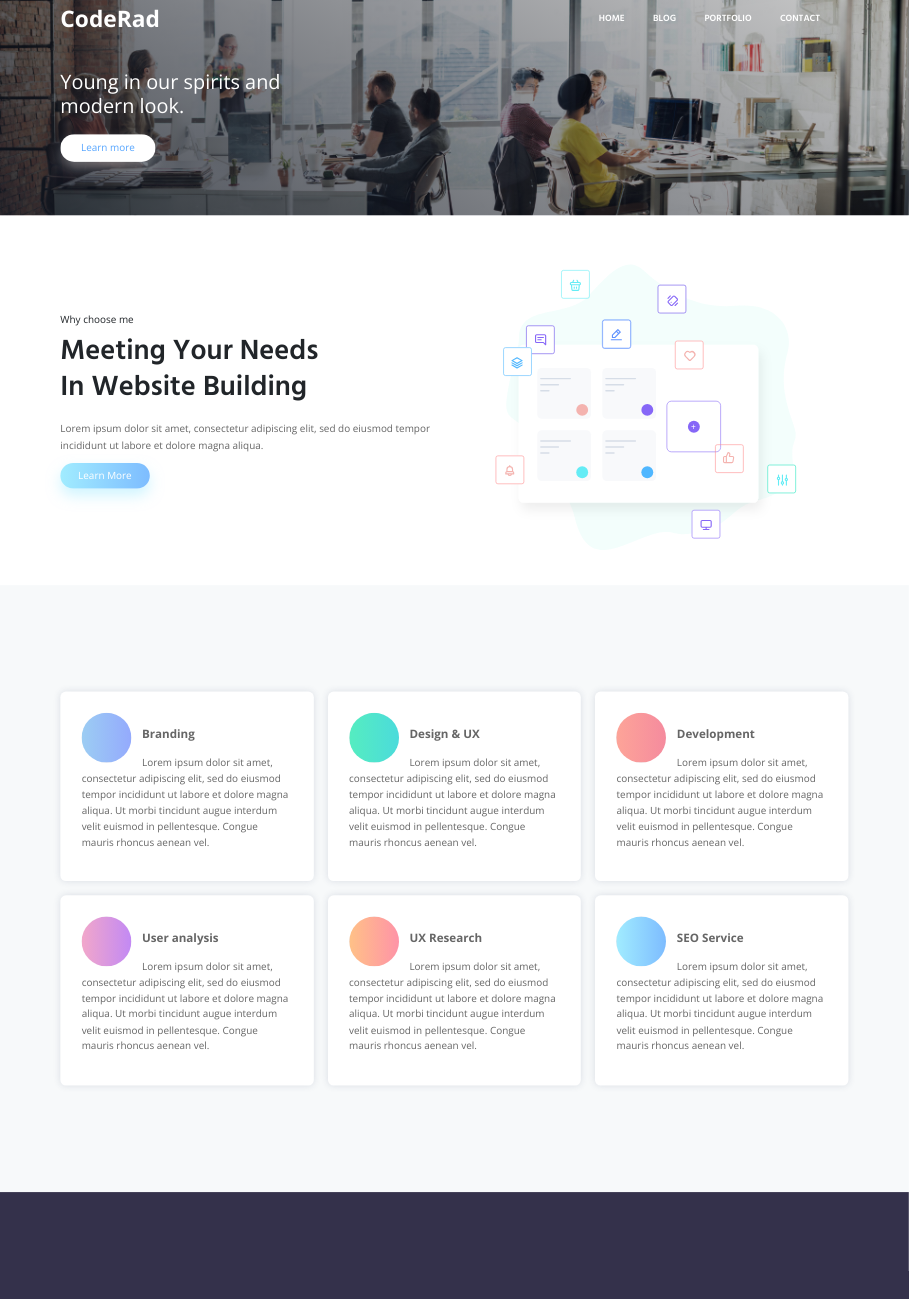
Repository: Sc-Juju/CodeRad
Page: index.html
An editor plug-in stored every save of this project. The page is shown before and after the next save, followed by the edit.
The browser window is 1280 px wide. The pictures show the whole page, at 71% of full size.

Above is the page before, as saved 2022-11-10 14:25:40.

### index.html
<!DOCTYPE html>
<html>
	<head>
		<meta charset="utf-8" />
		<meta http-equiv="X-UA-Compatible" content="IE=edge" />
		<title>CodeRad</title>
		<meta name="description" content="" />
		<meta name="viewport" content="width=device-width, initial-scale=1" />

		<link
			href="https://fonts.googleapis.com/css2?family=Open+Sans:wght@300;400;600;700&display=swap"
			rel="stylesheet"
		/>
		<link
			href="https://fonts.googleapis.com/css2?family=Hind:wght@300;400;500;600;700&display=swap"
			rel="stylesheet"
		/>

		<link rel="stylesheet" href="./css/default.css" />
		<link rel="stylesheet" href="./css/styles.css" />
		<link rel="stylesheet" href="./css/responsive.css" />
	</head>
	<body>
		<nav class="navbar nav">
			<div class="container">
				<button
					class="navbar-toggler"
					aria-expanded="false"
					aria-controls="navbarDropdown"
				>
					<span>&#9776;</span>
				</button>
				<a class="navbar-brand" href="index.html">CodeRad</a>
				<ul class="navbar-nav">
					<li class="nav-link">
						<a href="#">Home</a>
					</li>

					<li class="nav-link">
						<a href="#">Blog</a>
					</li>
					<li class="nav-link">
						<a href="#">Portfolio</a>
					</li>
					<li class="nav-link">
						<a href="#">Contact</a>
					</li>
				</ul>
			</div>
		</nav>

		<header class="bg-header">
			<div class="container">
				<div class="hero-wrapper">
					<h2 class="hero-header">
						Young in our spirits and <br />
						modern look.
					</h2>
					<a class="btn btn-white" href="#">Learn more</a>
				</div>
			</div>
		</header>
		<!--Why me-->
		<section>
			<div class="container why-me-wrapper">
				<div class="block-text">
					<span>Why choose me</span>
					<h2>
						Meeting Your Needs <br />
						In Website Building
					</h2>
					<p>
						Lorem ipsum dolor sit amet, consectetur adipiscing elit,
						sed do eiusmod tempor incididunt ut labore et dolore
						magna aliqua.
					</p>
					<a href="" class="btn btn-primary">Learn More</a>
				</div>
				<div>
					<img src="./CodeRad-assets/image2.svg" alt="Icon Chart" />
				</div>
			</div>
		</section>
		<!--Services-->
		<section class="bg-contrast">
			<div class="container service-grid">
				<div class="service-card">
					<span class="bg-color-1"></span>
					<div>
						<h3>Branding</h3>
						<p>
							Lorem ipsum dolor sit amet, consectetur adipiscing
							elit, sed do eiusmod tempor incididunt ut labore et
							dolore magna aliqua. Ut morbi tincidunt augue
							interdum velit euismod in pellentesque. Congue
							mauris rhoncus aenean vel.
						</p>
					</div>
				</div>
				<div class="service-card">
					<span class="bg-color-2"></span>
					<div>
						<h3>Design & UX</h3>
						<p>
							Lorem ipsum dolor sit amet, consectetur adipiscing
							elit, sed do eiusmod tempor incididunt ut labore et
							dolore magna aliqua. Ut morbi tincidunt augue
							interdum velit euismod in pellentesque. Congue
							mauris rhoncus aenean vel.
						</p>
					</div>
				</div>
				<div class="service-card">
					<span class="bg-color-3"></span>
					<div>
						<h3>Development</h3>
						<p>
							Lorem ipsum dolor sit amet, consectetur adipiscing
							elit, sed do eiusmod tempor incididunt ut labore et
							dolore magna aliqua. Ut morbi tincidunt augue
							interdum velit euismod in pellentesque. Congue
							mauris rhoncus aenean vel.
						</p>
					</div>
				</div>
				<div class="service-card">
					<span class="bg-color-4"></span>
					<div>
						<h3>User analysis</h3>
						<p>
							Lorem ipsum dolor sit amet, consectetur adipiscing
							elit, sed do eiusmod tempor incididunt ut labore et
							dolore magna aliqua. Ut morbi tincidunt augue
							interdum velit euismod in pellentesque. Congue
							mauris rhoncus aenean vel.
						</p>
					</div>
				</div>
				<div class="service-card">
					<span class="bg-color-5"></span>
					<div>
						<h3>UX Research</h3>
						<p>
							Lorem ipsum dolor sit amet, consectetur adipiscing
							elit, sed do eiusmod tempor incididunt ut labore et
							dolore magna aliqua. Ut morbi tincidunt augue
							interdum velit euismod in pellentesque. Congue
							mauris rhoncus aenean vel.
						</p>
					</div>
				</div>
				<div class="service-card">
					<span class="bg-color-6"></span>
					<div>
						<h3>SEO Service</h3>
						<p>
							Lorem ipsum dolor sit amet, consectetur adipiscing
							elit, sed do eiusmod tempor incididunt ut labore et
							dolore magna aliqua. Ut morbi tincidunt augue
							interdum velit euismod in pellentesque. Congue
							mauris rhoncus aenean vel.
						</p>
					</div>
				</div>
			</div>
		</section>

		<!--Video Demo-->
		<section class="video-demo"></section>
	</body>
</html>

### css/default.css
:root{
    --white:#fff;
    --black: #000;
    --font-color-base:#666;
    --font-color-dark:#212529;
    --font-color-light:#b0aebe;
    --font-color-link:#57a6ff;
    --footer:#34314b;
    --footer-base:2e2b45;
    --contrast:rgba(246, 248, 249, 0.8);
    --success: #64ecf5;
    --danger:#ff8b8d;
    --grad-1:#a1ecff;
    --grad-2:#7dbcff;


    --size-10:0.625rem;
    --size-14:0.875rem;
    --size-16:1rem;
    --size-18:1.125rem;
    --size-20:1.25rem;
    --size-30:1.875rem;
    --size-40:2.5rem;
    --size-50:3.125rem;
    --size-100:6.25rem;
    --size-150:9.375rem;
}
body{
    font-family:"Open Sans", sans-serif;
    font-weight: 400;
    font-size:0.875rem;
    line-height: 1.6;
    letter-spacing: 0;
    color: var(--font-color-base);
    margin:0;
    padding:0;
}
*,
::after,
::before{
    box-sizing: border-box;
}
ul{
    padding:0;
    margin:0;
    list-style: none;
}
a {text-decoration: none;}
p {margin-top:0;}
h2{
    font-size:1.75rem;
    font-weight:500;
    line-height:1.2;
}
img {
    width:100%;
    max-width:100%;
    vertical-align:middle;
    border-style: none;
}
.container{
    width: 100%;
    padding-left:15px;
    padding-right:15px;
    margin-right:auto;
    margin-left:auto;
}

.btn{
    display: inline-block;
    font-weight: 400;
    color: var(--font-color-dark);
    text-align: center;
    cursor: pointer;
    user-select: none;
    background-color: transparent;
    border: 1px solid transparent;
    padding: .375rem .75rem;
    border-radius:1.25rem;
    transition: ease-in-out .3s;
}
.btn-primary{
    background-image: linear-gradient(90deg, var(--grad-1)0%, var(--grad-2)100%);
    border: 1px var(--grad-1);
    box-shadow: 0 10px 20px rgba(161, 236, 255, .5);
    transition: ease-in-out .3s;
    color: var(--white);
    padding: .4375rem 1.5625rem;
}

.btn-white{
    background-color: var(--white);
    color: var(--font-color-link);
    box-shadow: 0px 10px 20px rgba(255, 255, 255, .35);
    padding: .475rem 1.75rem;
}

@media (min-width:1200px){
    .container{ max-width: 1140px; }
}

### css/styles.css
.navbar{
    position: fixed;
    top: 0;
    right: 0;
    left: 0;
    z-index: 200;
    transition: ease-in-out .3s;
}
[aria-controls="navbarDropdown"]{
    display:none;
}
.navbar-nav{
    display: flex;
    align-items: center;
}
.navbar .container{
    display: flex;
    align-items: center;
}
.navbar-brand{
    margin-right:auto;
    font-size: 2rem;
    font-weight: 700;
    width: 100%;
    transition: ease-in-out .3s;
    color: var(--white);

}
.bg-header{background-image: url(../CodeRad-assets/bg-header-1.jpg);}
.bg-header,
.video-demo{
    background-color: var(--footer);
    background-repeat: no-repeat;
    background-size: cover;
    background-position:50% 20%;
    position: relative;
    z-index: 1;
    padding: 4.6875rem 0;
}
.bg-header::before{
    background-image: linear-gradient(30deg,
    rgba(21,27,38, .8)0%,
    rgba(0,0,0,.2)100%);
    position: absolute;
    content:"";
    top: 0;
    left: 0;
    right: 0;
    bottom: 0;
    width: 100%;
    height: 100%;
    z-index: -1;
}
.nav-link a{
    color: var(--white);
    font-size: .8125rem;
    font-weight: 600;
    font-family: "Hind", sans-serif;
    text-transform: uppercase;
    margin-right: 2.5rem;
    line-height: 1.25rem;
}
.hero-header{
    color: var(--white);
}
.why-me-wrapper{
    display: flex;
    align-items: center;
}
.why-me-wrapper div{
    flex: 1;
}
.block-text{
    padding-right: var(--size-50);
}
.block-text span{
    color: var(--font-color-dark);
    font-weight: 300;
}
.block-text h2{
    font-size: var(--size-40);
    font-family: "Hind", sans-serif;
    font-weight: 600;
    color: var(--font-color-dark);
    margin-bottom: var(--size-20);
    line-height: 1.3;
    margin-top: 0.5rem;
}
.bg-contrast{
    background-color: var(--contrast);
    padding: var(--size-150) 0;
}
.service-grid{
    display: grid;
    grid-template-columns: repeat(auto-fit,minmax(300px, 1fr));
    gap: var(--size-20);
}
.service-card{
    padding: var(--size-30);
    box-shadow: 0 0 10px rgba(48, 63, 100, .15);
    background: white;
    border-radius: 8px;
}
.service-card span{
    width:4.375rem;
    height: 4.375rem;
    background: green;
    display: block;
    float: left;
    margin-right: 15px;
    border-radius: 50%;
    background: var(--font-color-light);
}
span.bg-color-1 {background-image: linear-gradient(90deg, #9ccdf3 0%, #94aafd 100%);}
span.bg-color-2 {background-image: linear-gradient(90deg, #55edc0 0%, #4bdbdb 100%);}
span.bg-color-3 {background-image: linear-gradient(90deg, #fda498 0%, #f58b9e 100%);}
span.bg-color-4 {background-image: linear-gradient(90deg, #f2a7ca 0%, #c289f4 100%);}
span.bg-color-5 {background-image: linear-gradient(90deg, #ffc187 0%, #fe93a7 100%);}
span.bg-color-6 {background-image: linear-gradient(90deg, #a1ecff 0%, #7dbcff 100%);}

Loaded but not shown: css/responsive.css (no copy from this time; the picture is the same without it)

After the next save:
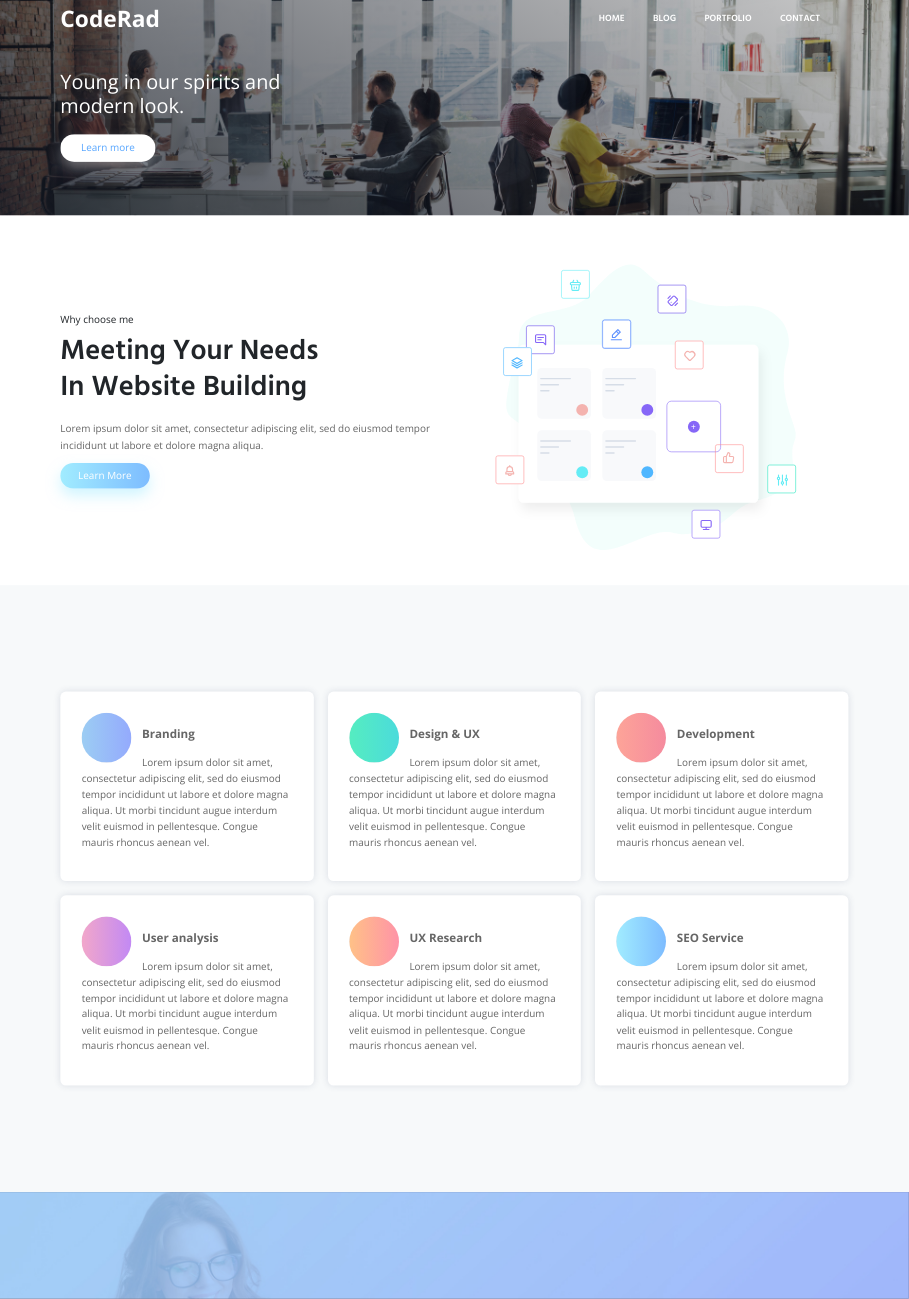
Saved 57 s later.
--- a/css/styles.css
+++ b/css/styles.css
@@ -26,7 +26,6 @@
     color: var(--white);
 
 }
-.bg-header{background-image: url(../CodeRad-assets/bg-header-1.jpg);}
 .bg-header,
 .video-demo{
     background-color: var(--footer);
@@ -37,6 +36,8 @@
     z-index: 1;
     padding: 4.6875rem 0;
 }
+.bg-header{background-image: url(../CodeRad-assets/bg-header-1.jpg);}
+.video-demo{background-image: url(../CodeRad-assets/bg-demo.jpg);}
 .bg-header::before{
     background-image: linear-gradient(30deg,
     rgba(21,27,38, .8)0%,
